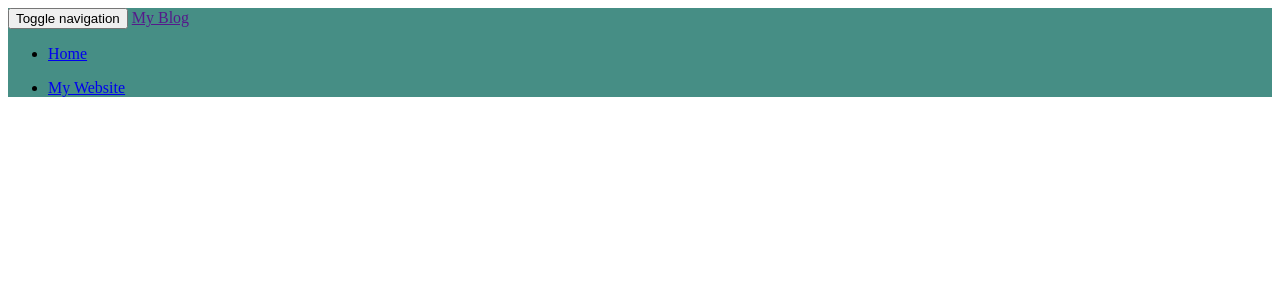
Repository: AnnieFisher/blog
Page: BlogMVC/WebContent/nav.html
The author's editor kept a copy of each file at every save. The page is drawn from the files as they stood at one save, then again after the next save.
The browser window is 1280 px wide. The pictures show the whole page.

Above is the page before, as saved 2016-12-19 07:25:59.

After the next save:
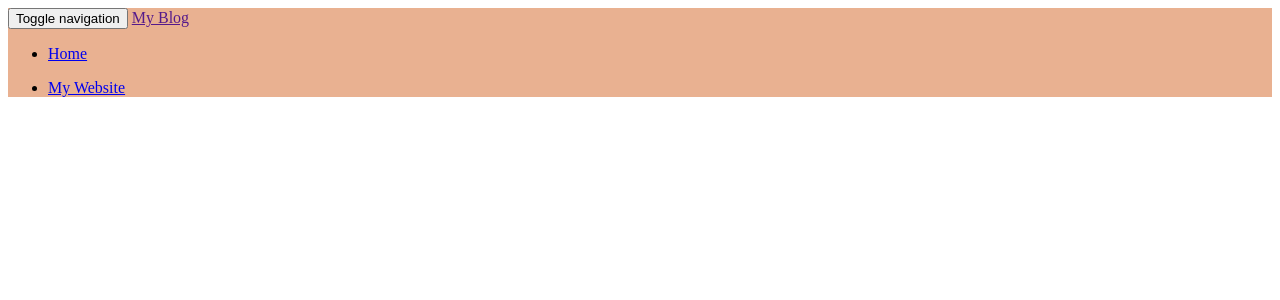
Saved 32 s later.
--- a/BlogMVC/WebContent/nav.html
+++ b/BlogMVC/WebContent/nav.html
@@ -1,7 +1,7 @@
 <div ng-controller="postsController">
 	<div class="container">
       <!-- Static navbar -->
-      <nav class="navbar navbar-fixed-top" style="background-color: #468e85;">
+      <nav class="navbar navbar-fixed-top" style="background-color: #e9b191">
         <div class="container-fluid">
           <div class="navbar-header">
             <button type="button" class="navbar-toggle collapsed" data-toggle="collapse" data-target="#navbar" aria-expanded="false" aria-controls="navbar">

After the save that followed:
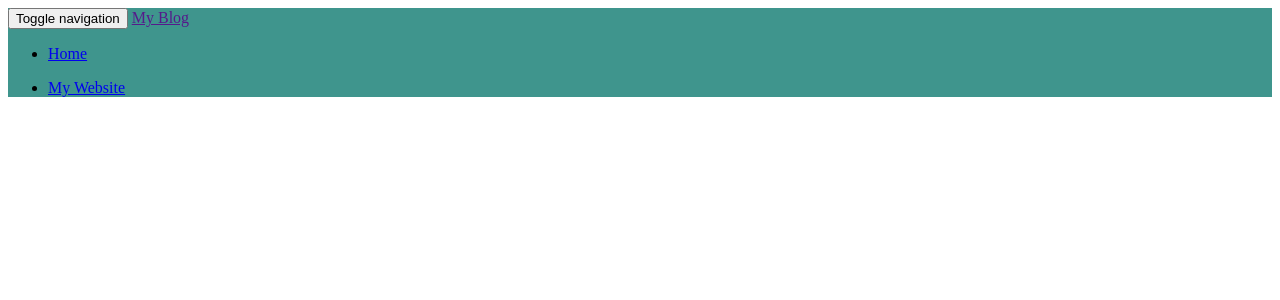
Saved 44 s later.
--- a/BlogMVC/WebContent/nav.html
+++ b/BlogMVC/WebContent/nav.html
@@ -1,7 +1,7 @@
 <div ng-controller="postsController">
 	<div class="container">
       <!-- Static navbar -->
-      <nav class="navbar navbar-fixed-top" style="background-color: #e9b191">
+      <nav class="navbar navbar-fixed-top" style="background-color:#3f958d">
         <div class="container-fluid">
           <div class="navbar-header">
             <button type="button" class="navbar-toggle collapsed" data-toggle="collapse" data-target="#navbar" aria-expanded="false" aria-controls="navbar">
